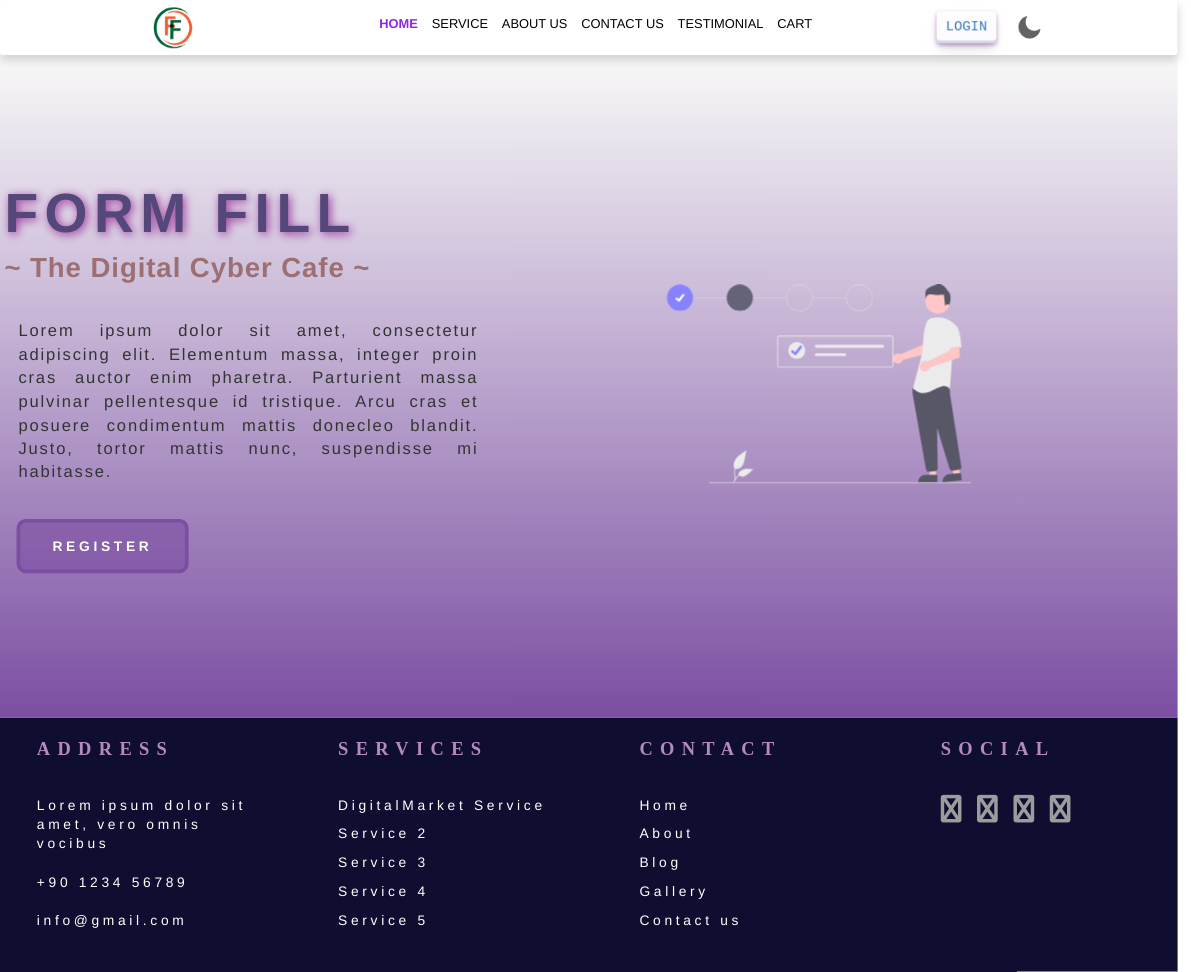
Repository: codervivek5/Formfil
Page: index.html
The author's editor kept a copy of each file at every save. The page is drawn from the files as they stood at one save, then again after the next save.
The browser window is 1280 px wide. The page is 1295 px wide, so the pictures cover 1295 px, including what lies to the right of the window. The pictures show the whole page, at 92% of full size.
Some web fonts or font styles are not loaded; a fallback is used.

Above is the page before, as saved 2023-03-04 21:34:50.

After the next save:
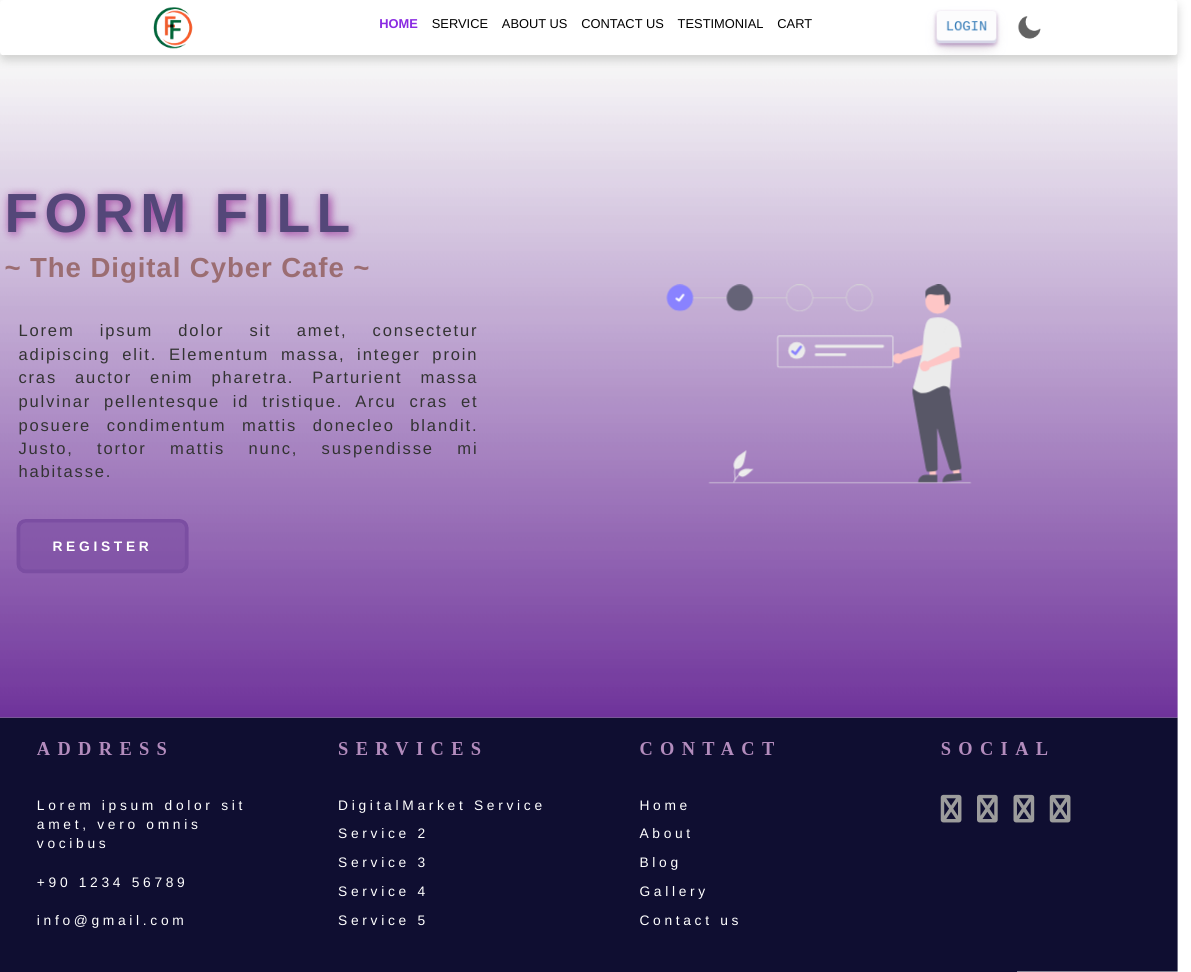
Saved 69 s later.
--- a/style/theme.css
+++ b/style/theme.css
@@ -1,5 +1,5 @@
 :root{
-	--color--main: linear-gradient(rgba(244, 245, 243, 0.712),rgb(90, 34, 139));
+	--color--main: linear-gradient(rgba(244, 245, 243, 0.712),rgb(75,0,130));
 	--color--footer: rgb(119, 5, 100);
 	--color--h1: #2a1958;
 	--color--h2: rgba(122, 60, 60, 0.87);
